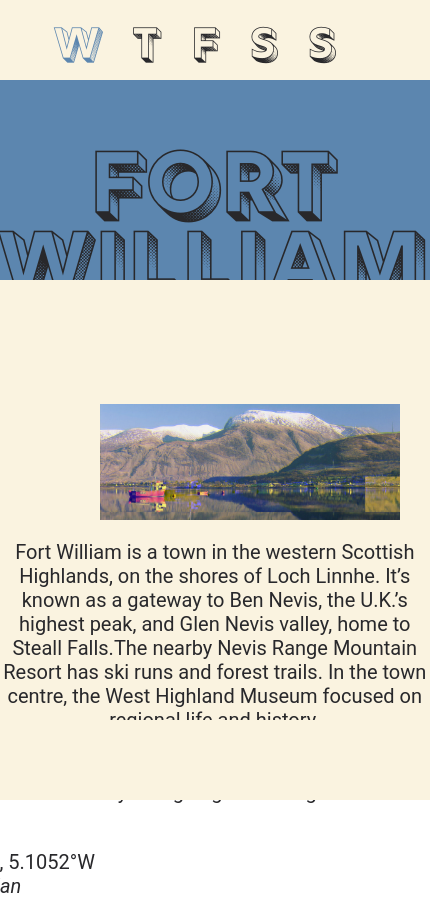
Repository: etak-yram/FINAL-CFG-WEB-DEV
Page: wednesday.html
The author's editor kept a copy of each file at every save. The page is drawn from the files as they stood at one save, then again after a run of saves.
The browser window is 375 px wide. The page is 430 px wide, then 400 px, so the pictures cover 430 px, including what lies to the right of the window. The pictures show the whole page.

Above is the page before, as saved 2022-07-27 13:37:25.

After the next 3 saves:
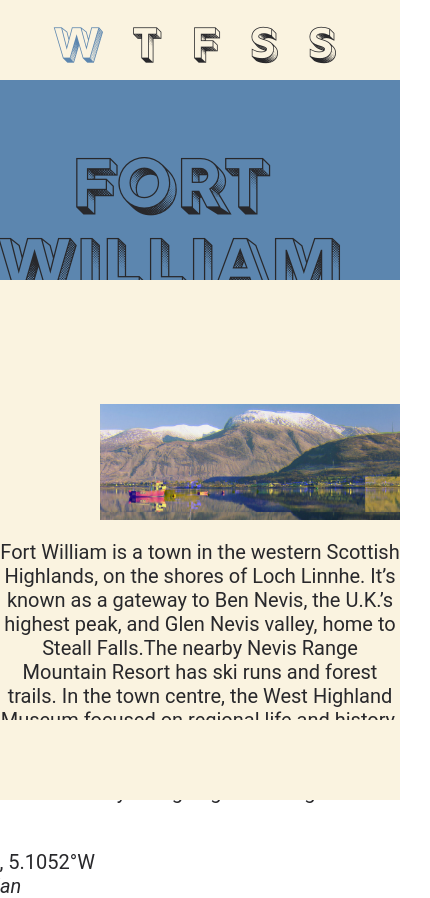
The 3 saves are shown as one change because they came seconds apart.
The last was saved 10 s later.
--- a/style-main.css
+++ b/style-main.css
@@ -229,7 +229,7 @@ aside {
 .aside-text-h h1 {
   font-family: halftone;
   color: #28282B;
-  font-size: 1em;
+  font-size: .8em;
   line-height: 80px;
 }
 
